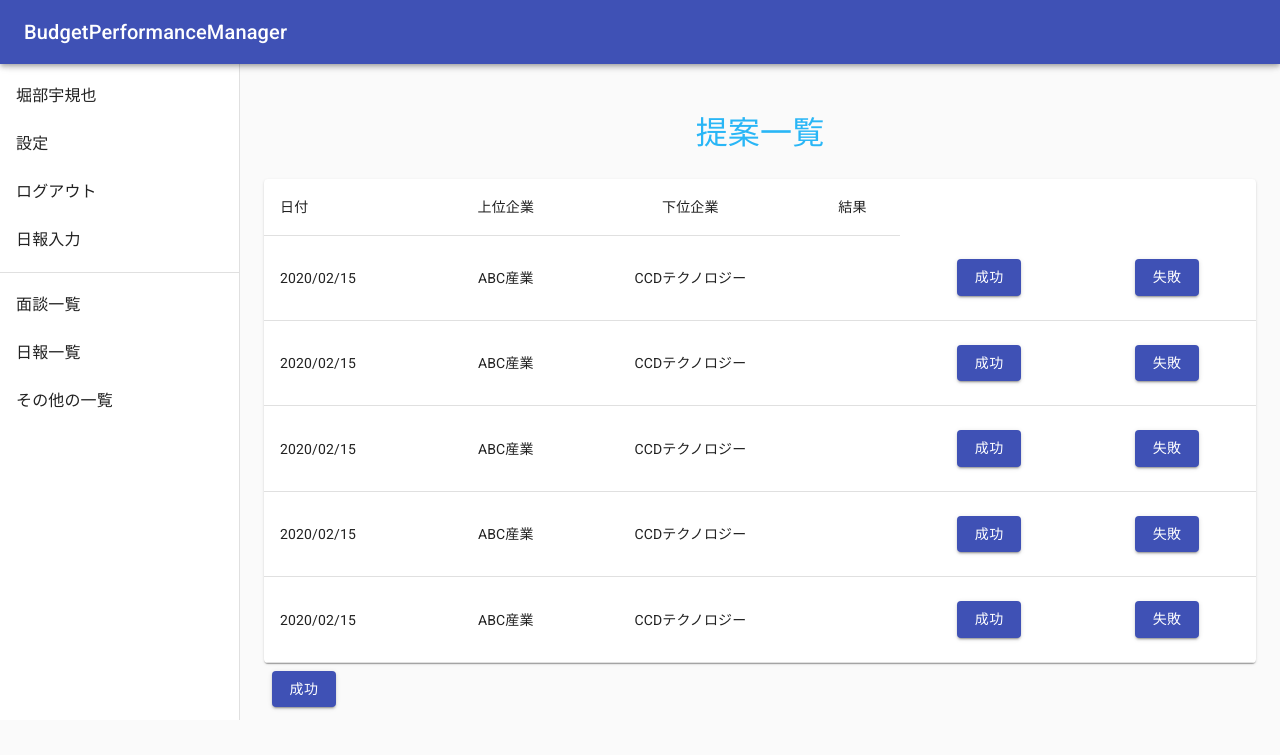
Repository: ukiyah/test
Page: / (app in src/)
The author's editor kept a copy of each file at every save. The page is drawn from the files as they stood at one save, then again after the next save.
The browser window is 1280 px wide. The pictures show the whole page.
The project was rebuilt for these pictures with package versions that can differ from the ones it lists, and the page was loaded fresh each time. Also part of the build but not shown: src/material-dashboard-react.js, src/Navbars/ref_AdminNavbarLinks/customInputStyle.js, src/Navbars/ref_AdminNavbarLinks/CustomInput.js, src/Navbars/ref_AdminNavbarLinks/buttonStyle.js, src/Navbars/ref_AdminNavbarLinks/Button.js, src/Navbars/ref_AdminNavbarLinks/dropdownStyle.js, src/Navbars/ref_AdminNavbarLinks/headerLinksStyle.js, src/Navbars/AdminNavbarLinks.js and 4 more.

Above is the page before, as saved 2020-02-20 19:25:01.

After the next save:
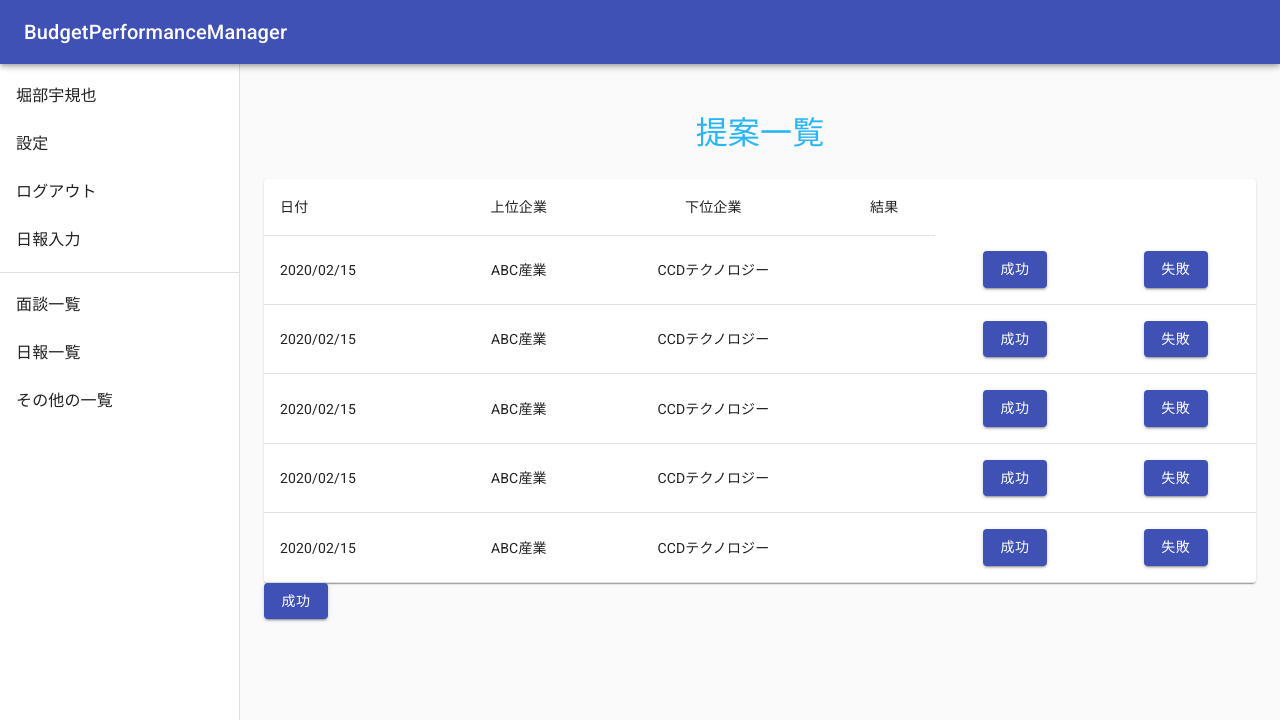
Saved 30 s later.
--- a/src/Button.js
+++ b/src/Button.js
@@ -5,7 +5,7 @@
 const useStyles = makeStyles(theme => ({
   root: {
     '& > *': {
-      margin: theme.spacing(1),
+    //   margin: theme.spacing(1),
     },
   },
 }));

After the save that followed:
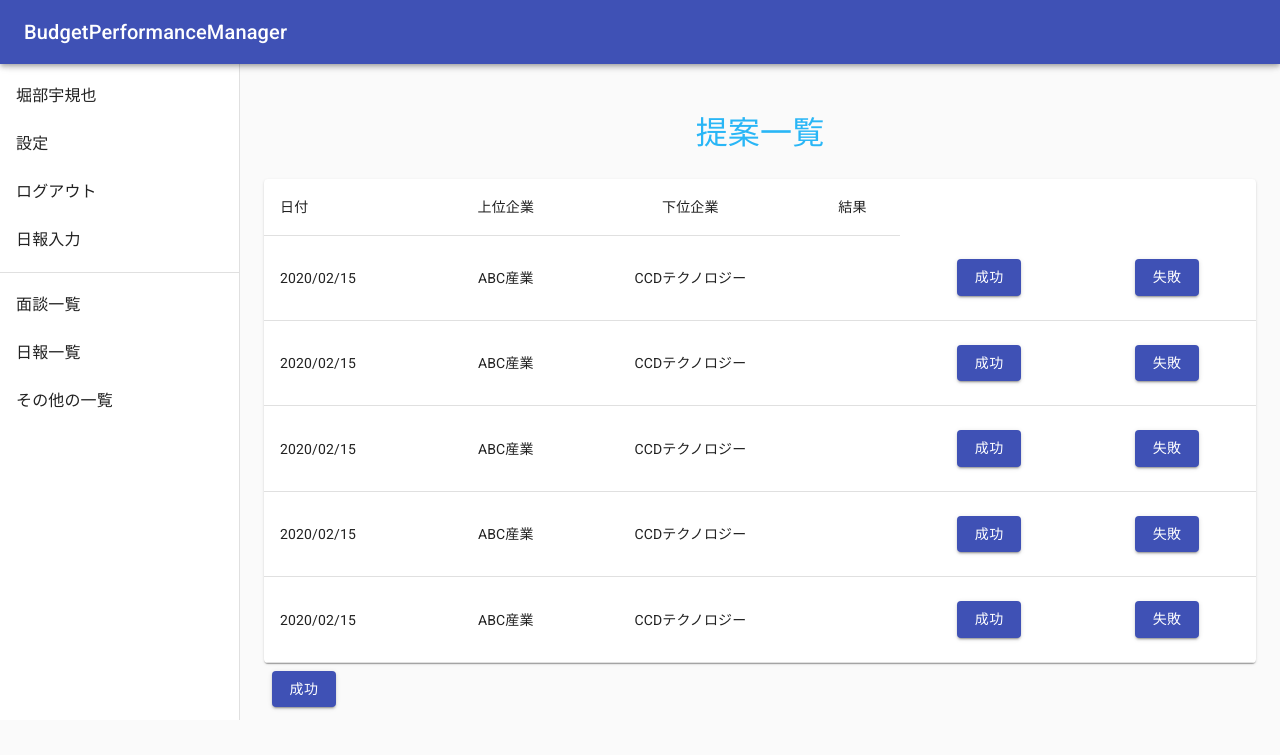
Saved 15 s later.
--- a/src/Button.js
+++ b/src/Button.js
@@ -5,7 +5,7 @@
 const useStyles = makeStyles(theme => ({
   root: {
     '& > *': {
-    //   margin: theme.spacing(1),
+      margin: theme.spacing(1),
     },
   },
 }));
